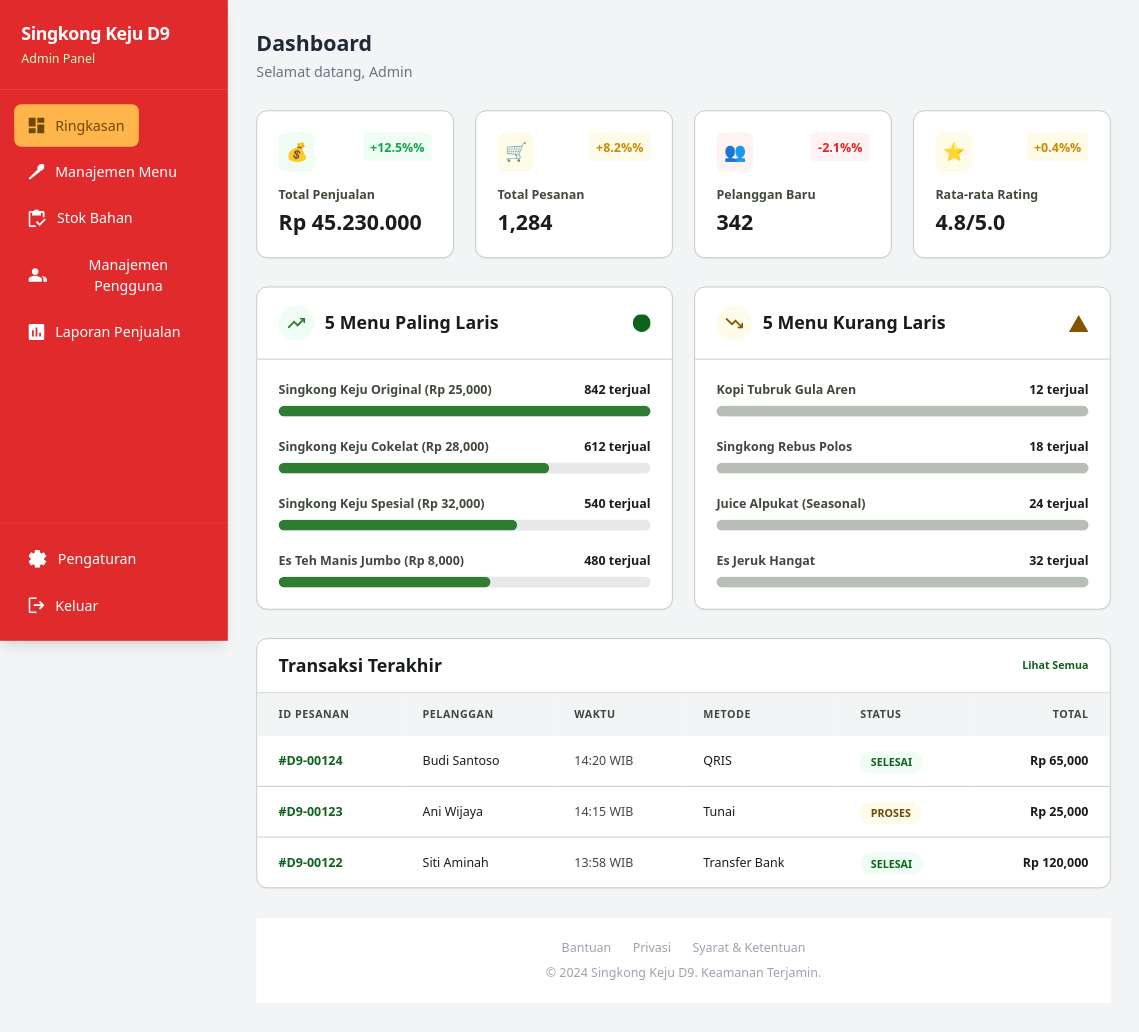
Repository: Warfail/restoran-frontend
Page: /admin
The author's editor kept a copy of each file at every save. The page is drawn from the files as they stood at one save, then again after the next save.
The browser window is 1280 px wide. The pictures show the whole page, at 89% of full size.
The project was rebuilt for these pictures with package versions that can differ from the ones it lists, and the page was loaded fresh each time. Also part of the build but not shown: vite.config.js, src/pages/LoginPage.jsx, src/pages/SalesReportPage.jsx, src/pages/UserListPage.jsx, src/pages/UserManagementpage.jsx.

Above is the page before, as saved 2026-06-15 19:12:08.

After the next save:
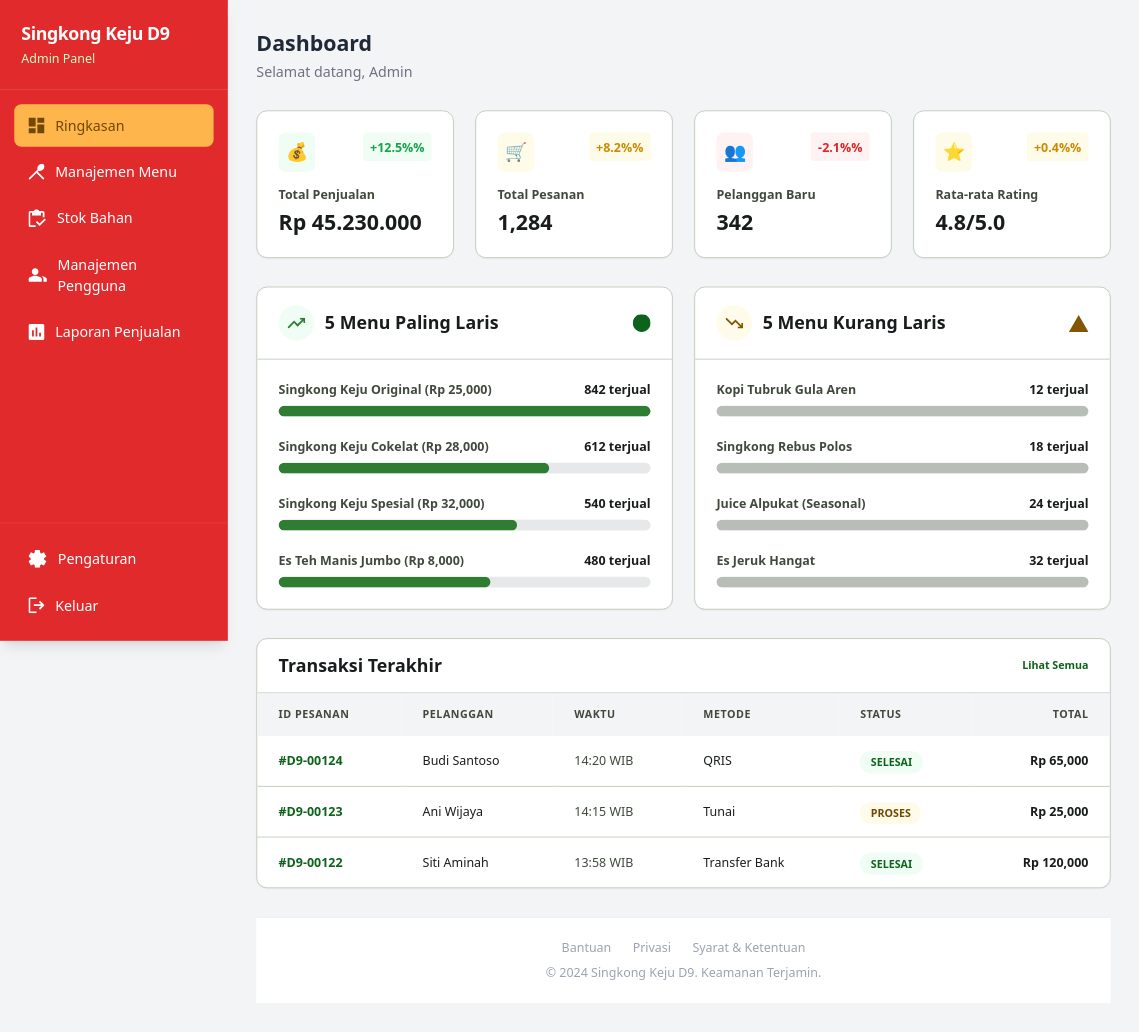
Saved 15 s later.
--- a/src/components/admin/Sidebar.jsx
+++ b/src/components/admin/Sidebar.jsx
@@ -17,38 +17,38 @@ export default function Sidebar() {
       </div>
 
       <nav className="p-4 space-y-1">
-        <button onClick={() => navigate("/admin/summary")} className="flex items-center gap-3 px-4 py-3 bg-[#FEB64C] text-[#704800] rounded-lg font-medium">
+        <a href="#" className="flex items-center gap-3 px-4 py-3 bg-[#FEB64C] text-[#704800] rounded-lg font-medium">
           <svg width="18" height="18" viewBox="0 0 18 18" fill="none">
             <path d="M10 6V0H18V6H10ZM0 10V0H8V10H0ZM10 18V8H18V18H10ZM0 18V12H8V18H0Z" fill="#704800"/>
           </svg>
           Ringkasan
-        </button>
+        </a>
 
-        <button onClick={() => navigate("/admin/menu")} className="flex items-center gap-3 px-4 py-3 text-white hover:bg-white/10 rounded-lg transition">
+        <a href="#" className="flex items-center gap-3 px-4 py-3 text-white hover:bg-white/10 rounded-lg transition">
           <svg width="18" height="18" viewBox="0 0 18 18" fill="white">
-            <path d="M1.4 18L0 16.6L10.25 6.35C9.95 5.65 9.90833 4.85833 10.125 3.975C10.3417 3.09167 10.8167 2.3 11.55 1.6C12.4333 0.716667 13.4167 0.2 14.5 0.05C15.5833 -0.1 16.4667 0.166667 17.15 0.85C17.8333 1.53333 18.1 2.41667 17.95 3.5C17.8 4.58333 17.2833 5.56667 16.4 6.45C15.7 7.18333 14.9083 7.65833 14.025 7.875C13.₁4₁₇ 8.09₁₆₇ ₁₂.₃₅ 8.05 ₁₁.₆₅ 7.75L₁₀.₄ 9L₁₈ ₁₆.₆L₁₆.₆ ₁₈L₉ ₁₀.…L₁.…Z"/>
+            <path d="M1.4 18L0 16.6L10.25 6.35C9.95 5.65 9.90833 4.85833 10.125 3.975C10.3417 3.09167 10.8167 2.3 11.55 1.6C12.4333 0.716667 13.4167 0.2 14.5 0.05C15.5833 -0.1 16.4667 0.166667 17.15 0.85C17.8333 1.53333 18.1 2.41667 17.95 3.5C17.8 4.58333 17.2833 5.56667 16.4 6.45C15.7 7.18333 14.9083 7.65833 14.025 7.875C13.1417 8.09167 12.35 8.05 11.65 7.75L10.4 9L18 16.6L16.6 18L9 10.45L1.4 18Z"/>
           </svg>
           Manajemen Menu
-        </button>
+        </a>
 
-        <button onClick={() => navigate("/admin/inventory")} className="flex items-center gap-3 px-4 py-3 text-white hover:bg-white/10 rounded-lg transition">
+        <a href="#" className="flex items-center gap-3 px-4 py-3 text-white hover:bg-white/10 rounded-lg transition">
           <svg width="20" height="20" viewBox="0 0 20 20" fill="white">
             <path d="M12.5 18.925L8.25 14.675L9.65 13.275L12.5 16.125L18.15 10.475L19.55 11.875L12.5 18.925Z"/>
             <path d="M18 9H16V4H14V7H4V4H2V18H8V20H2C1.45 20 0.979167 19.8042 0.5875 19.4125C0.195833 19.0208 0 18.55 0 18V4C0 3.45 0.195833 2.97917 0.5875 2.5875C0.979167 2.19583 1.45 2 2 2H6.175C6.35833 1.41667 6.71667 0.9375 7.25 0.5625C7.78333 0.1875 8.36667 0 9 0C9.66667 0 10.2625 0.1875 10.7875 0.5625C11.3125 0.9375 11.6667 1.41667 11.85 2H16C16.55 2 17.0208 2.19583 17.4125 2.5875C17.8042 2.97917 18 3.45 18 4V9Z"/>
           </svg>
           Stok Bahan
-        </button>
+        </a>
 
-        <button onClick={() => navigate("/admin/users")} className="flex items-center gap-3 px-4 py-3 text-white hover:bg-white/10 rounded-lg transition">
+        <a href="#" className="flex items-center gap-3 px-4 py-3 text-white hover:bg-white/10 rounded-lg transition">
           <svg width="22" height="16" viewBox="0 0 22 16" fill="white">
             <path d="M0 16V13.2C0 12.6333 0.145833 12.1125 0.4375 11.6375C0.729167 11.1625 1.11667 10.8 1.6 10.55C2.63333 10.0333 3.68333 9.64583 4.75 9.3875C5.81667 9.12917 6.9 9 8 9C9.1 9 10.1833 9.12917 11.25 9.3875C12.3167 9.64583 13.3667 10.0333 14.4 10.55C14.8833 10.8 15.2708 11.1625 15.5625 11.6375C15.8542 12.1125 16 12.6333 16 13.2V16H0Z"/>
             <path d="M18 16V13C18 12.2667 17.7958 11.5625 17.3875 10.8875C16.9792 10.2125 16.4 9.63333 15.65 9.15C16.5 9.25 17.3 9.42083 18.05 9.6625C18.8 9.90417 19.5 10.2 20.15 10.55C20.75 10.8833 21.2083 11.2542 21.525 11.6625C21.8417 12.0708 22 12.5167 22 13V16H18Z"/>
             <path d="M8 8C6.9 8 5.95833 7.60833 5.175 6.825C4.39167 6.04167 4 5.1 4 4C4 2.9 4.39167 1.95833 5.175 1.175C5.95833 0.391667 6.9 0 8 0C9.1 0 10.0417 0.391667 10.825 1.175C11.6083 1.95833 12 2.9 12 4C12 5.1 11.6083 6.04167 10.825 6.825C10.0417 7.60833 9.1 8 8 8Z"/>
           </svg>
           Manajemen Pengguna
-        </button>
+        </a>
 
-        <a onClick={() => navigate("/admin/reports")} className="flex items-center gap-3 px-4 py-3 text-white hover:bg-white/10 rounded-lg transition">
+        <a href="#" className="flex items-center gap-3 px-4 py-3 text-white hover:bg-white/10 rounded-lg transition">
           <svg width="18" height="18" viewBox="0 0 18 18" fill="white">
             <path d="M4 14H6V7H4V14ZM8 14H10V4H8V14ZM12 14H14V10H12V14ZM2 18C1.45 18 0.979167 17.8042 0.5875 17.4125C0.195833 17.0208 0 16.55 0 16V2C0 1.45 0.195833 0.979167 0.5875 0.5875C0.979167 0.195833 1.45 0 2 0H16C16.55 0 17.0208 0.195833 17.4125 0.5875C17.8042 0.979167 18 1.45 18 2V16C18 16.55 17.8042 17.0208 17.4125 17.4125C17.0208 17.8042 16.55 18 16 18H2Z"/>
           </svg>
